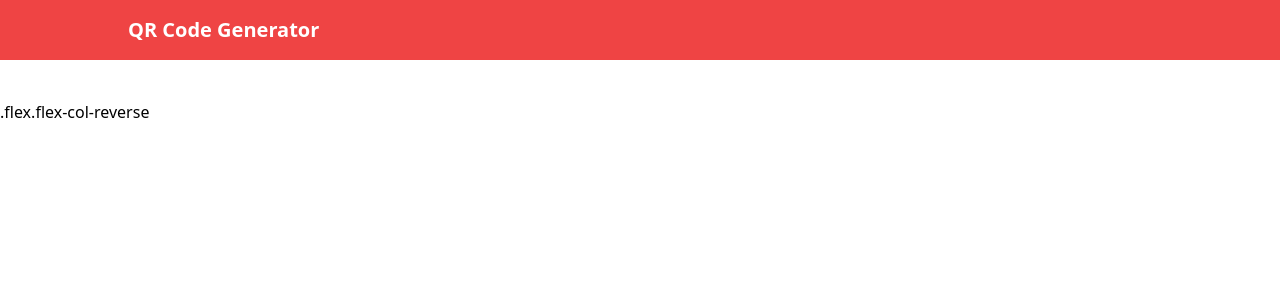
Repository: Ellisvelandia/QR-generator
Page: index.html
These files come from the project's save history. The page is drawn as it stood at one moment and after the next save; the edit follows.
The browser window is 1280 px wide. The pictures show the whole page.
Some web libraries are served in a nearby version.

Above is the page before, as saved 2022-08-21 20:40:44.

### index.html
<!DOCTYPE html>
<html lang="en">
  <head>
    <meta charset="UTF-8" />
    <meta http-equiv="X-UA-Compatible" content="IE=edge" />
    <meta name="viewport" content="width=device-width, initial-scale=1.0" />
    <script src="https://cdn.tailwindcss.com"></script>
    <script>
      tailwind.config = {
        theme: {
          extend: {
            colors: {
              fontFamily: {
                sans: ["Poppins", "sans-serif"],
              },
            },
          },
        },
      };
    </script>
    <script
      src="https://cdnjs.cloudflare.com/ajax/libs/qrcodejs/1.0.0/qrcode.min.js"
      integrity="sha512-CNgIRecGo7nphbeZ04Sc13ka07paqdeTu0WR1IM4kNcpmBAUSHSQX0FslNhTDadL4O5SAGapGt4FodqL8My0mA=="
      crossorigin="anonymous"
      referrerpolicy="no-referrer"
    ></script>
    <script src="js/script.js"></script>
    <title>QR Code Generator</title>
  </head>
  <body>
    <header class="bg-red-500 p-4 mb-10">
      <div class="max-w-5xl m-auto">
        <div class="text-xl font-bold text-white">QR Code Generator</div>
      </div>
    </header>
    <main class="">
   .flex.flex-col-reverse
    </main>
  </body>
</html>

Loaded but not shown: js/script.js (no copy from this time; the picture is the same without it)

After the next save:
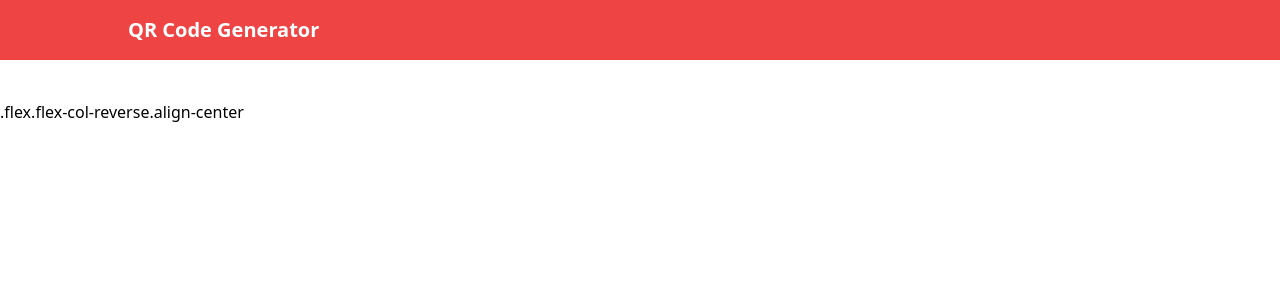
Saved 23 s later.
--- a/index.html
+++ b/index.html
@@ -34,7 +34,7 @@
       </div>
     </header>
     <main class="">
-   .flex.flex-col-reverse
+   .flex.flex-col-reverse.align-center
     </main>
   </body>
 </html>
